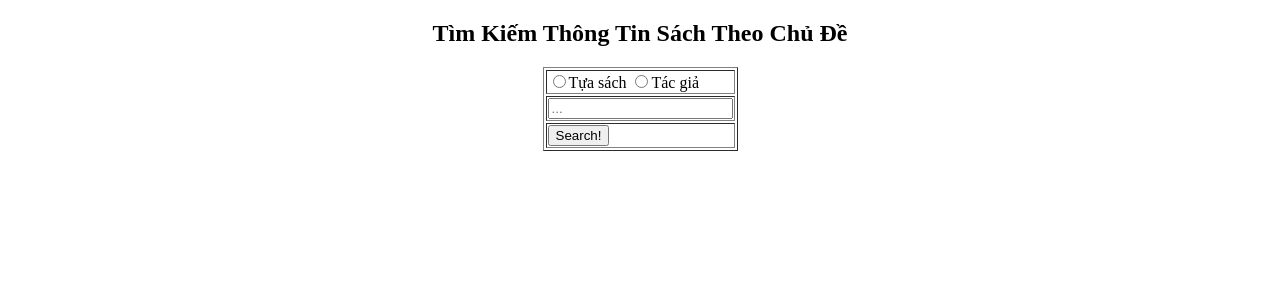
Repository: trangtruc/Java_NangCao
Page: http://localhost/EBookShop/myeshop.jsp
An editor plug-in stored every save of this project. The page is shown before and after the next save, followed by the edit.
The browser window is 1280 px wide. The pictures show the whole page.
The page is served by Tomcat 9.

Above is the page before, as saved 2017-03-14 15:17:11.

After the next save:
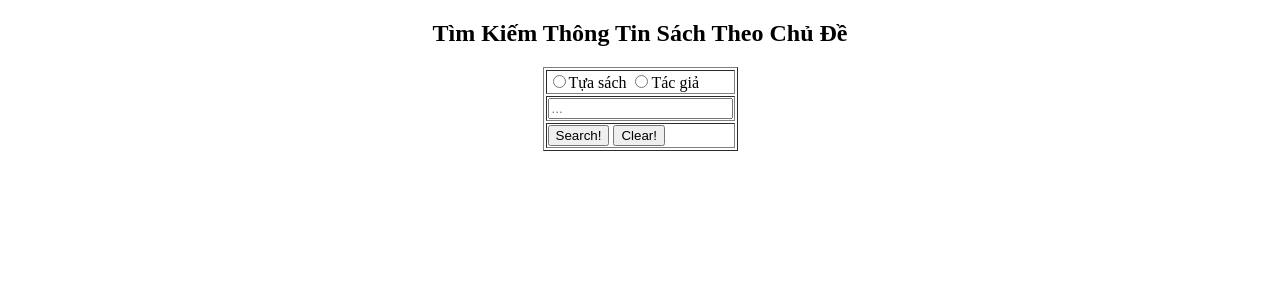
Saved 28 s later.
--- a/Buoi4/EBookShop/WebContent/myeshop.jsp
+++ b/Buoi4/EBookShop/WebContent/myeshop.jsp
@@ -24,7 +24,7 @@
 		<tr>
 			<td>
 				<input type="submit" value="Search!" />
-
+				<input type="submit" value="Clear!" />
 			</td>
 		</tr>
 

After the save that followed:
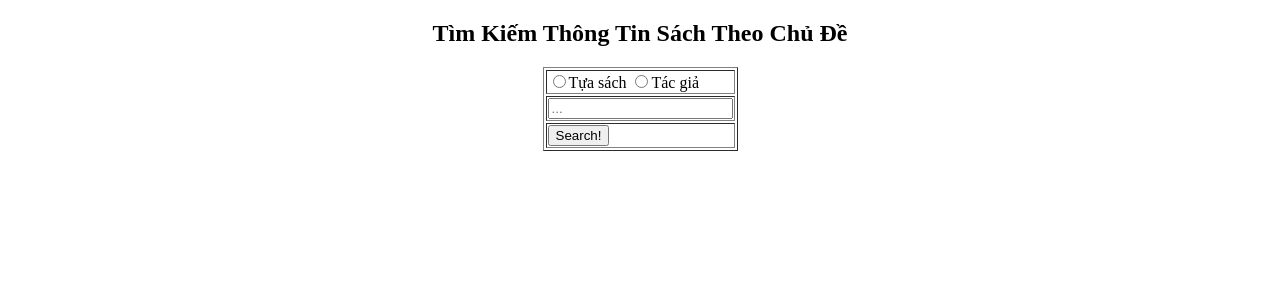
Saved 13 s later.
--- a/Buoi4/EBookShop/WebContent/myeshop.jsp
+++ b/Buoi4/EBookShop/WebContent/myeshop.jsp
@@ -24,7 +24,7 @@
 		<tr>
 			<td>
 				<input type="submit" value="Search!" />
-				<input type="submit" value="Clear!" />
+
 			</td>
 		</tr>
 
